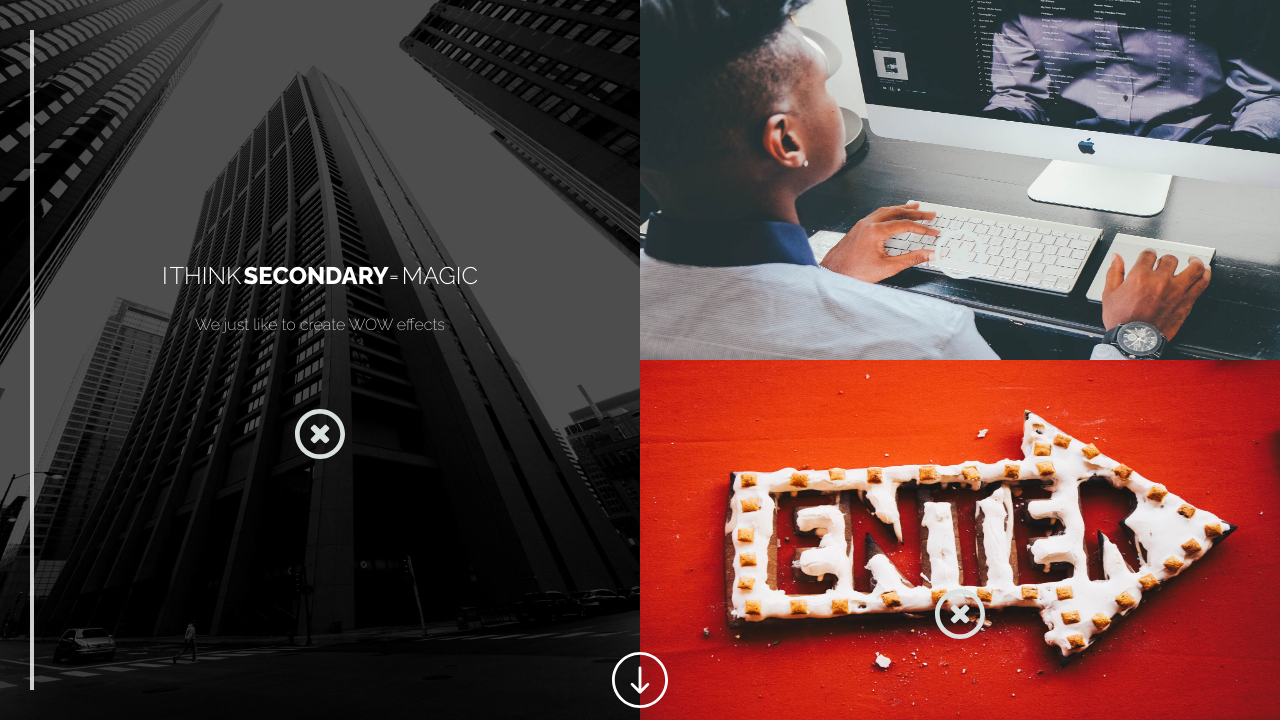
Repository: Rinzlerte/react-reveale-animation
Page: /secondary
These files come from the project's save history. The page is drawn as it stood at one moment and after the next save; the edit follows.
The browser window is 1280 px wide. The pictures show the whole page.
The project was rebuilt for these pictures with package versions that can differ from the ones it lists, and the page was loaded fresh each time. Also part of the build but not shown: src/components/home/Promoslider.jsx, src/components/home/Header.jsx, src/components/main/AboutBox.jsx, src/components/main/Wellcome.jsx, src/components/main/InformationBox.jsx, src/components/third/ImmaginationBox.jsx, src/components/third/ProectsBox.jsx, src/components/third/Third.css and 9 more.

Above is the page before, as saved 2019-10-24 14:59:59.

After the next save:
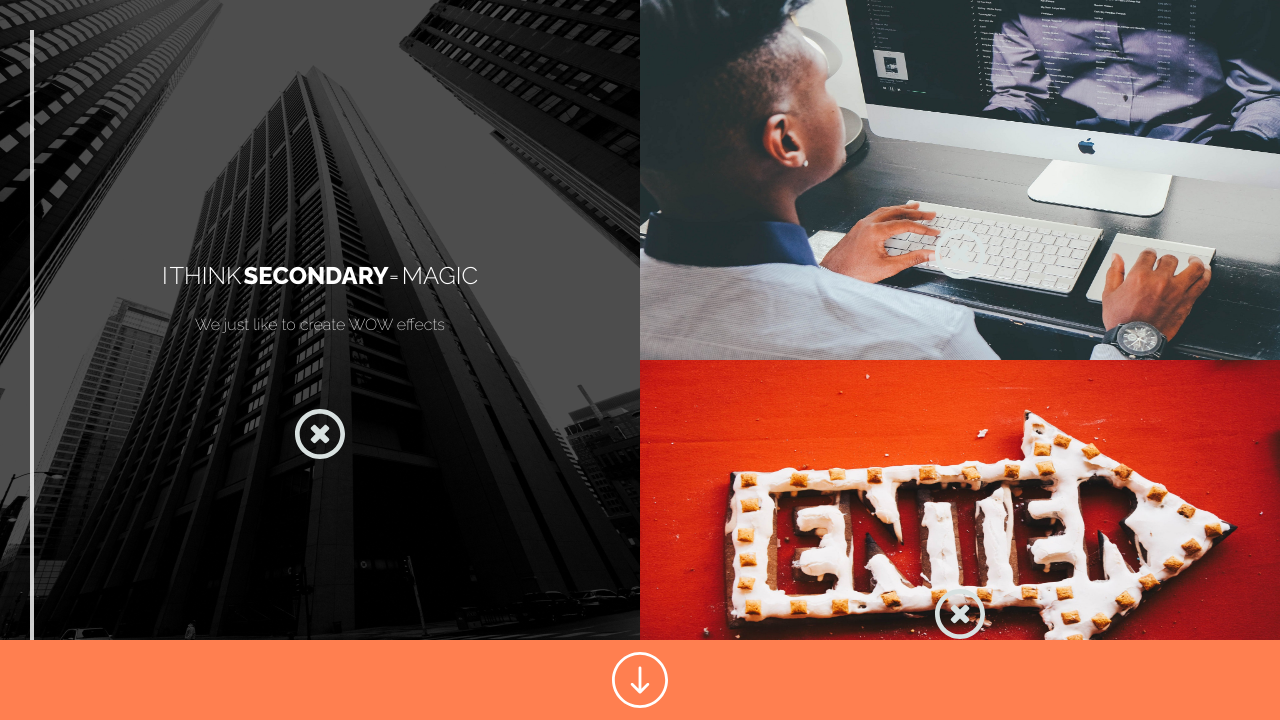
Saved 6 s later.
--- a/src/components/secondary/Secondary.jsx
+++ b/src/components/secondary/Secondary.jsx
@@ -63,7 +63,7 @@ export default class Secondary extends Component {
                             </div>
                         </Slide>
                     </div>
-                    <div className="footer" style={{zIndex:`101`}}  onClick={(e)=>this.toogleThird()}>
+                    <div className="footer ff" style={{zIndex:`101`}}  onClick={(e)=>this.toogleThird()}>
                         <ArrowBtn
                             width="56px" height="56px"
                         />
